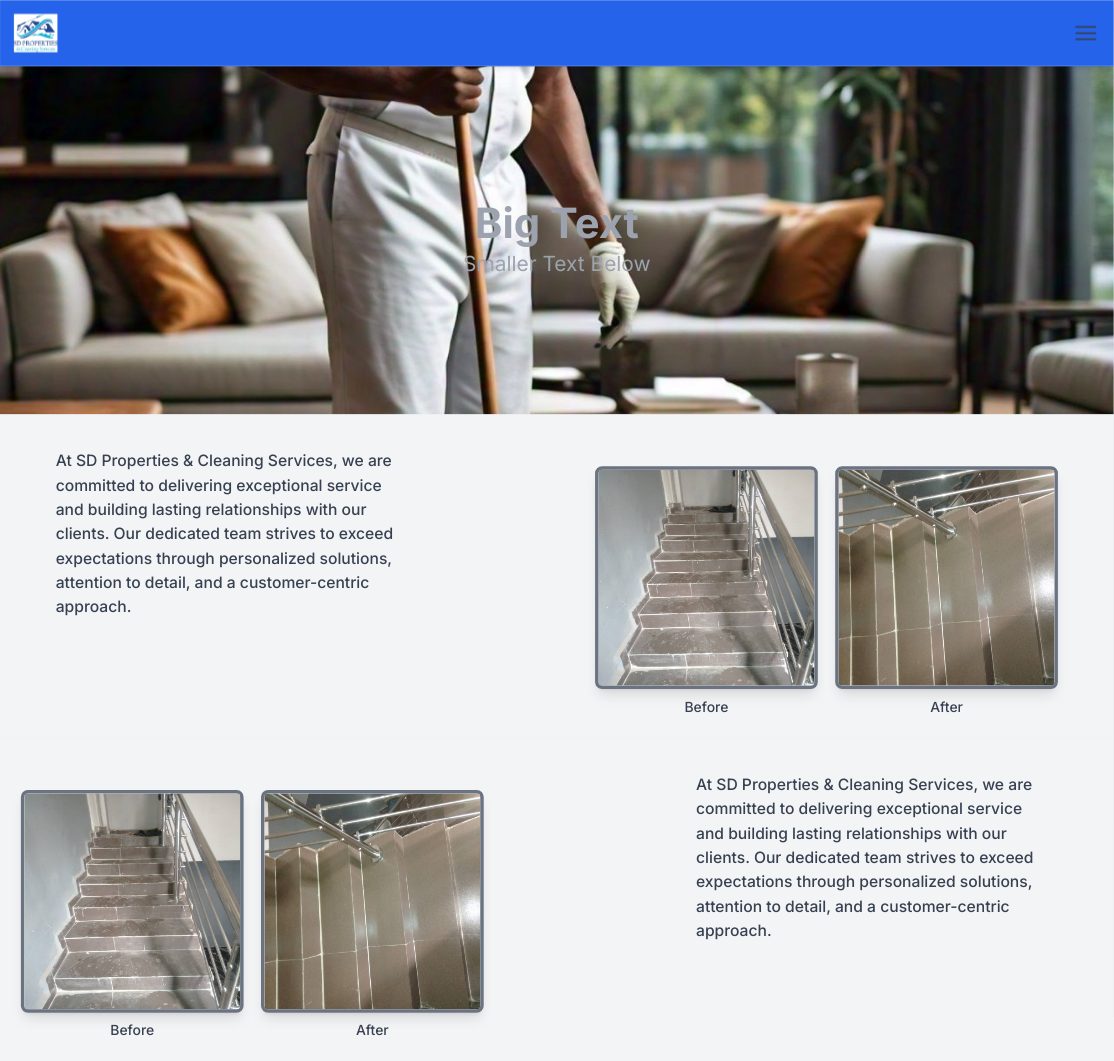
Repository: devmskhan/sdpropandclean
Page: /
The author's editor kept a copy of each file at every save. The page is drawn from the files as they stood at one save, then again after the next save.
The browser window is 1280 px wide. The pictures show the whole page, at 87% of full size.
The project was rebuilt for these pictures with package versions that can differ from the ones it lists, and the page was loaded fresh each time. The framework's server and built-in components were replaced by stand-ins that run in the browser. Also part of the build but not shown: next.config.mjs.

Above is the page before, as saved 2024-09-03 13:20:44.

### app/layout.tsx
import type { Metadata } from "next";
import { Inter } from "next/font/google";
import "./globals.css";

const inter = Inter({ subsets: ["latin"] });

export const metadata: Metadata = {
  title: "SD Properties & Cleaning",
  description: "Provision of Houses and Cleanliness of Homes is our apex goal",
};

export default function RootLayout({
  children,
}: Readonly<{
  children: React.ReactNode;
}>) {
  return (
    <html lang="en">
      <body className={inter.className}>{children}</body>
    </html>
  );
}

### app/page.tsx
import Header from '../components/Header';
import Body from '../components/Body';

export default function Home() {
  return (
    <main className="min-h-screen bg-gray-200">
      <Header />
      <Body />
    </main>
  );
}

### components/Header.tsx
import Image from "next/image";
import { Bars3Icon } from '@heroicons/react/24/solid'


function Header() {
    return (
      <header className="sticky top-0 z-10 flex justify-between items-center p-4 bg-blue-600 shadow-md">
      <div className="flex items-center">
        <Image
          src="/sdlogo.jpg"
          alt="Logo"
          width={50}
          height={50}
          className="cursor-pointer"
        />
      </div>

      <div className="cursor-pointer">
        <Bars3Icon className="h-8 w-8 text-gray-700" />
      </div>
    </header>

    )
}

export default Header;

### components/Body.tsx



function Body() {
    return (
        <div>
            <div className="relative w-full h-[400px] bg-cover bg-center text-gray-400"
         style={{ backgroundImage: 'url("/pic1.jpg")' }}>
      <div className="absolute inset-0 flex flex-col justify-center items-center text-center">
        {/* Larger Text */}
        <h1 className="text-5xl font-bold mb-2">
          Big Text
        </h1>
        {/* Smaller Text */}
        <p className="text-2xl">
          Smaller Text Below
        </p>
      </div>
    </div>

    <div>

    </div>

      <div className="flex justify-between p-6 bg-gray-100">
  <div className="max-w-md text-left mr-12"> {/* Increased margin-right for larger space */}
    <p className="text-lg font-medium text-gray-700 mt-4 ml-10">
      At SD Properties & Cleaning Services, we are committed to delivering exceptional service and building lasting relationships with our clients. Our dedicated team strives to exceed expectations through personalized solutions, attention to detail, and a customer-centric approach.
    </p>
  </div>
  <div className="flex space-x-5 mt-4 mr-10">
  <div className="flex flex-col items-center">
    <img src="stairsb.jpg" alt="Top Image" className="mt-5 w-64 h-64 rounded-lg shadow-lg border-gray-500 border-solid border-4" />
    <span className="mt-2 text-gray-700 font-medium">Before</span>
  </div>
  <div className="flex flex-col items-center">
    <img src="stairsaft.jpg" alt="Bottom Image" className="mt-5 w-64 h-64 rounded-lg shadow-lg border-gray-500 border-solid border-4" />
    <span className="mt-2 text-gray-700 font-medium">After</span>
  </div>
</div>

</div>

<div className="flex justify-between p-6 bg-gray-100">

<div className="flex space-x-5 mt-4 mr-10">
<div className="flex flex-col items-center">
  <img src="stairsb.jpg" alt="Top Image" className="mt-5 w-64 h-64 rounded-lg shadow-lg border-gray-500 border-solid border-4" />
  <span className="mt-2 text-gray-700 font-medium">Before</span>
</div>
<div className="flex flex-col items-center">
  <img src="stairsaft.jpg" alt="Bottom Image" className="mt-5 w-64 h-64 rounded-lg shadow-lg border-gray-500 border-solid border-4" />
  <span className="mt-2 text-gray-700 font-medium">After</span>
</div>
</div>
<div className="max-w-md text-left mr-12"> {/* Increased margin-right for larger space */}
  <p className="text-lg font-medium text-gray-700 mt-4 ml-10">
    At SD Properties & Cleaning Services, we are committed to delivering exceptional service and building lasting relationships with our clients. Our dedicated team strives to exceed expectations through personalized solutions, attention to detail, and a customer-centric approach.
  </p>
</div>

</div>


        </div>


    )
}

export default Body;

Loaded but not shown: app/globals.css (common file); tailwind.config.ts (common file)

After the next save:
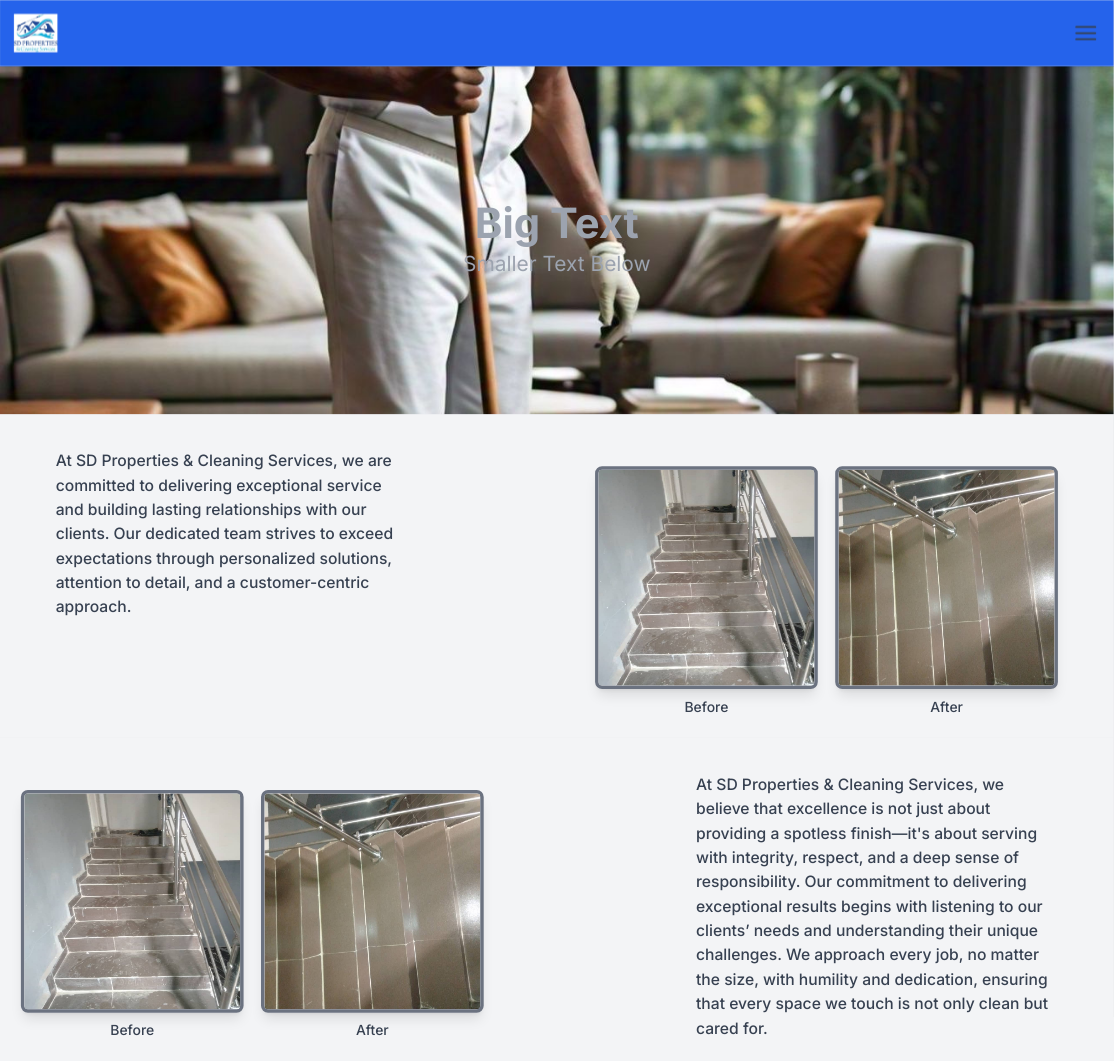
Saved 33 s later.
--- a/components/Body.tsx
+++ b/components/Body.tsx
@@ -55,7 +55,7 @@
 </div>
 <div className="max-w-md text-left mr-12"> {/* Increased margin-right for larger space */}
   <p className="text-lg font-medium text-gray-700 mt-4 ml-10">
-    At SD Properties & Cleaning Services, we are committed to delivering exceptional service and building lasting relationships with our clients. Our dedicated team strives to exceed expectations through personalized solutions, attention to detail, and a customer-centric approach.
+  At SD Properties & Cleaning Services, we believe that excellence is not just about providing a spotless finish—it's about serving with integrity, respect, and a deep sense of responsibility. Our commitment to delivering exceptional results begins with listening to our clients’ needs and understanding their unique challenges. We approach every job, no matter the size, with humility and dedication, ensuring that every space we touch is not only clean but cared for.
   </p>
 </div>
 
